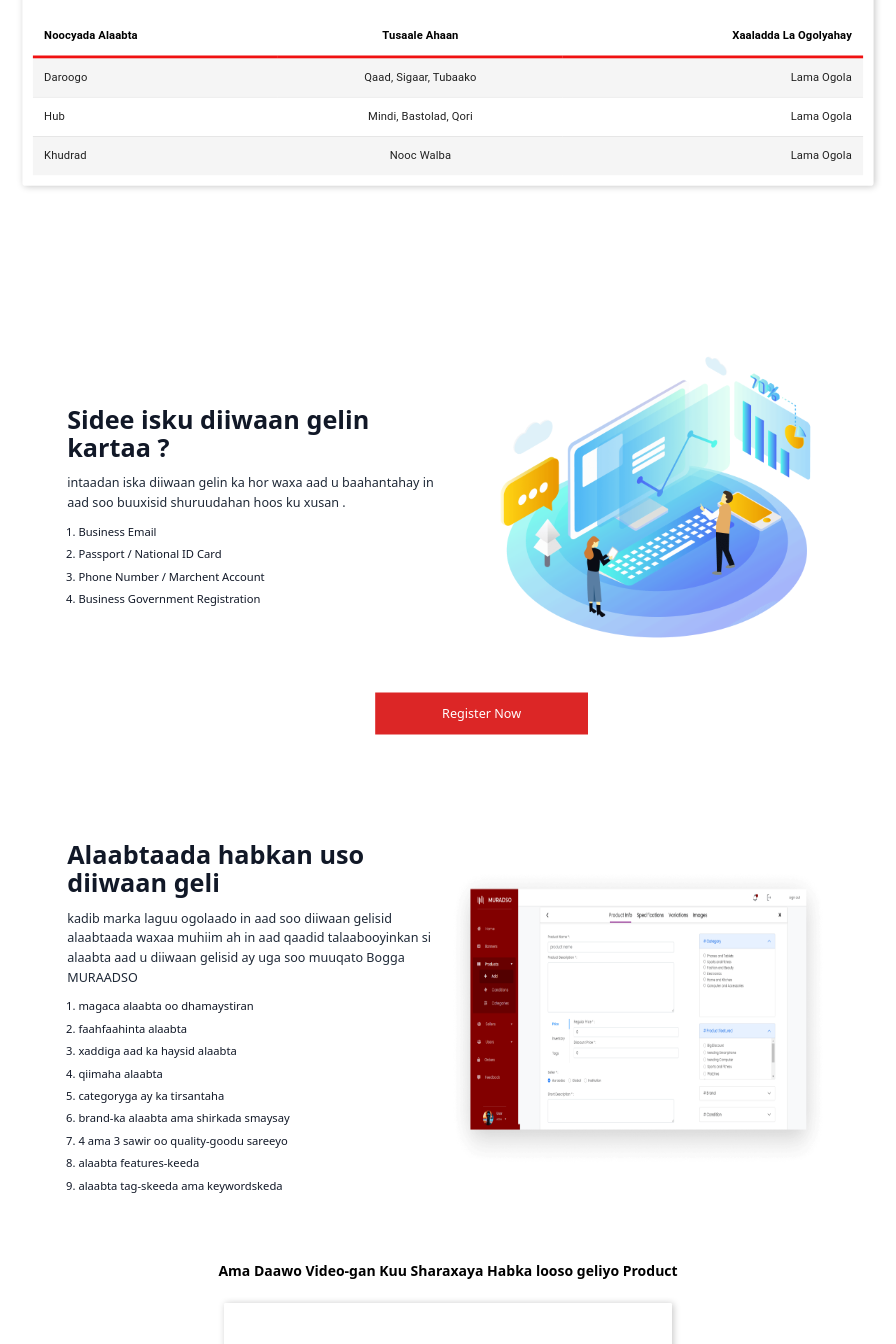
Repository: muraadso/Muraadso-Sellers
Page: /
The author's editor kept a copy of each file at every save. The page is drawn from the files as they stood at one save, then again after the next save.
The browser window is 1280 px wide. The pictures show the part of the page from y = 2926 to 4846 px (the page is 7285 px tall before and 7318 px after), at 70% of full size.
The project was rebuilt for these pictures with package versions that can differ from the ones it lists, and the page was loaded fresh each time. The framework's server and built-in components were replaced by stand-ins that run in the browser. Also part of the build but not shown: next.config.js.

Above is the page before, as saved 2021-12-11 11:20:32.

### pages/_app.js
import '../styles/globals.css'
 import 'tailwindcss/tailwind.css'
import { Layout } from '../components/Layout'


function MyApp({ Component, pageProps }) {
  return (
    <Layout>
      <Component {...pageProps} />
    </Layout>
  )
}

export default MyApp

### styles/globals.css
@import url('https://fonts.googleapis.com/css2?family=Lato:ital,wght@0,300;0,400;0,700;0,900;1,700&family=Poppins:wght@200;300;400;500;600;700&display=swap');
html,
body {
  padding: 0 ;
  margin: 0;
  overflow-x: hidden !important;
  scroll-behavior: smooth;
}

a {
  color: inherit;
  text-decoration: none;
}

* {
  box-sizing: border-box;
}


.navbar {
  box-shadow: 2px 1px 7px rgba(0, 0, 0, 0.226);
  font-family: 'Poppins', sans-serif  ;
  font-weight: 500;

}
  .logo{
    font-family: 'Lato', sans-serif;
    font-weight: 700;
    color: rgb(233, 59, 59);
    font-size: 20px ;
  }
  .how-card{
    position: relative;
    box-shadow: 0 2px 10px rgba(0, 0, 0, 0.336) ;
  }
  .regimage{
    height: 500px;

  }
  .react-player {
    background-color: white !important;
    padding: 10px;
    box-shadow: 2px 1px 11px rgba(0, 0, 0, 0.226);
    border-radius: 2px;
  }
  .player-wrapper{
    overflow-x: hidden !important;
    /* width: 100% !important; */
  }


  .formcontainer{
    box-shadow: 2px 1px 11px rgba(0, 0, 0, 0.226);

  }



@media screen and  (max-width: 768px){
  .nav{
    padding-top: 40px;
    display: flex;
    flex-direction: column;

  }

  .how-card{
  margin-bottom: 25px;
}

.tablle{
  margin-bottom: 90px;
}
.tablle2{

}
 TableContainer{
   background-color: red;
   display: hidden;
 }
 .regimage{
    max-height: 300px;

  }
  .formcontainer{
    min-width: 110%;
  }

}




@tailwind base;
@tailwind components;
@tailwind utilities

### components/Hero.jsx
const Hero = () => {
    return (
        <div className="md:grid-cols-2 md:grid md:mt-11 hero">
                <div className="md:px-16 md:py-36 py-11 herotxt">
                    <h6 className="px-2 font-medium text-gray-500">ku iibi muraadso</h6>
                    <h1 className="my-5 text-3xl font-bold text-gray-800 capitalize md:font-bold md:text-gray-800 md:capitalize lg:text-6xl">sidee ugu iibin krtaa <br /> alaabtaada <span  className="text-red-600 md:text-red-600">muraadso</span></h1>

                    <p className="text-gray-700 md:text-left">
                         Whether you’ve already got an established e-commerce business , a great idea for a new product, or you just have a passion for selling, here’s how to take that next step with Muraadso </p>
                </div>

                <div className="heroimg">
                    <img className="w-4/4 "  src="/images/heroimage.png" alt="heroimage" />
                </div>
        </div>
    )
}

export default Hero

### components/About.jsx

const About = () => {
    return (
        <div className="mt-32">
            <h1 className="text-3xl font-bold text-center">Ku Iibso Muraadso</h1>
            <div className="gap-0 md:px-16 md:grid-cols-2 md:grid about-content">
                <div className="mt-12 aboutimg">
                  <img src="/images/aboutimage.png" className="md:h-96" alt="about image" />
                </div>
                <div className="md:mt-20 mt-11 about-text">
                    <p className="text-xl text-justify">
                        Muraadso waa hogaanka suuqa casriga ee online waana suuq aad ku iibin kartid alaabtaada, ahaw ganacsade alaabta sameeya, mid soo dajiya, si fudud ayaad ugu iibin kartaa suuqa casriga muraadso, sidoo kale ka mid noqo ganacsiyada shabakada internet ku iibiya alaabaha adiga oon ku kharash badan galin, kana faa’idaysanaya khubarada team ka muraadso helayana tobabaro iyo caawimo sidaad ugu iibin lahayd muraadso dhexdeeda Ku dhex iibta muraadso waa wax fudud sidoo kalena kharash yari kaaga bixi karo ama wax kharash ahi kaa baxayn, kaliya waxa lagaaga bahanyay in aad is diwaan galisid, kuna gurtid alaabta aad haysid online shirkada sidaana aad ku bilawdid iibka alaabtaada....<span className="text-red-600">Read More</span>
                    </p>
                </div>


            </div>
        </div>
    )
}

export default About

### components/Howtoreg.jsx
const Howtoreg = () => {
  return (
    <div className="flex flex-col md:p-16 howtoreg mb-11 md:mb-6 ">
      <div className="grid items-center justify-between md:grid-cols-2 registerdoc">
        <div className="space-y-4 regcontent">
          <h1 className="text-xl font-bold text-gray-900 md:text-4xl">Sidee isku diiwaan gelin kartaa ?</h1>
          <p className="text-lg text-gray-800 ">intaadan iska diiwaan gelin ka hor waxa aad u baahantahay in aad
            soo buuxisid shuruudahan hoos ku xusan .</p>
            <ol className="ml-4 space-y-2 font-medium text-gray-900 list-decimal">
              <li>Business Email</li>
              <li>Passport / National ID Card</li>
              <li>Phone Number / Marchent Account </li>
              <li>Business Government Registration</li>
            </ol>
        </div>
        <div className="flex items-center justify-end regimage">
          <img className="regimage" src="/images/registrationn.png" alt="" />
        </div>

      </div>
      <div className="flex flex-col items-center justify-center space-y-4 md:space-x-24 md:flex-row acceptterms">
        <div className="flex flex-row items-center justify-center check">
        </div>
        <div className="items-center justify-center text-center">
        <button className="items-center justify-center px-24 py-3 text-sm text-white bg-red-600 md:text-center md:text-lg md:px-24 md:py-4 ">Register Now</button>
        </div>
      </div>


    </div>
  )
}

export default Howtoreg

### components/Whatsell.jsx
import * as React from 'react';
import { styled } from '@mui/material/styles';
import Table from '@mui/material/Table';
import TableBody from '@mui/material/TableBody';
import TableCell, { tableCellClasses } from '@mui/material/TableCell';
import TableContainer from '@mui/material/TableContainer';
import TableHead from '@mui/material/TableHead';
import TableRow from '@mui/material/TableRow';
import Paper from '@mui/material/Paper';

const StyledTableCell = styled(TableCell)(({ theme }) => ({

  [`&.${tableCellClasses.head}`]: {
    backgroundColor: theme.palette.common.white,
    color: theme.palette.common.black,
    borderBottom: '4px solid rgb(240, 17, 17)' ,
    fontSize: '16px',
    fontWeight: '600',

  },
  [`&.${tableCellClasses.body}`]: {
    fontSize: 16,
  },
}));

const StyledTableRow = styled(TableRow)(({ theme }) => ({
  '&:nth-of-type(odd)': {
    backgroundColor: theme.palette.action.hover,


  },
  // hide last border
  '&:last-child td, &:last-child th': {
    border: 0,
  },
}));





function createData(noocaAlaabta, tusaale, xaaladda) {
  return { noocaAlaabta, tusaale, xaaladda };
}

const rows = [

];
const rows2 = [
  createData('Daroogo', "Qaad, Sigaar, Tubaako", 'Lama Ogola'),
  createData('Hub', 'Mindi, Bastolad, Qori', 'Lama Ogola'),
  createData('Khudrad', 'Nooc Walba', 'Lama Ogola')

];

export default function Whatsell() {
  return (
      <>
    <div className="flex flex-col items-center md:justify-center md:mb-36 tablle mb-11">
                <h1 className="text-xl font-bold text-center text-gray-900 md:text-3xl">Alaab Nocee ah ayaad iibin kartaa ?</h1>
                <p className="max-w-3xl mb-8 text-sm text-center text-gray-700 md:text-lg">Waxay ku xirantahy alaabta noceeda, xaaladda alaabta, Category-ga, iyo Brand-ka .
                table-ka hoos ku xusan waxa uu kutusayaa Categoriyada shirkaddu ay ogoshahay iibintooda
                iyo kuwa aysan ogolayn xaaladaha lagu iibinkaro </p>

            <TableContainer className="mw-screen-lg TableContainer" component={Paper} sx={{ padding: "15px", minWidth: 380 , maxWidth: 1500, boxShadow: '2px 1px 11px rgba(0, 0, 0, 0.226)' }}>
        <h1 className="mb-6 text-2xl font-bold "> <span className="font-black text-red-500 ">|</span> Noocyada Alaabta</h1>
      <Table sx={{ minWidth: 500 }} aria-label="customized table">
        <TableHead>
          <TableRow>
            <StyledTableCell>Noocyada Alaabta</StyledTableCell>
            <StyledTableCell align="center"> Tusaale Ahaan</StyledTableCell>
            <StyledTableCell align="right">Xaaladda La Ogolyahay</StyledTableCell>
          </TableRow>
        </TableHead>
        <TableBody>
          {rows.map((row) => (
            <StyledTableRow key={row.noocaAlaabta} sx={{backgroundColor: 'white'}}>
              <StyledTableCell component="th" scope="row">
                {row.noocaAlaabta}
              </StyledTableCell>
              <StyledTableCell   align="center">{row.tusaale}</StyledTableCell>
              <StyledTableCell align="right">{row.xaaladda}</StyledTableCell>
            </StyledTableRow>
          ))}
        </TableBody>
      </Table>
    </TableContainer>

    </div>


    <div className="flex flex-col items-center md:justify-center md:mb-36 tablle mb-11">
                <h1 className="text-xl font-bold text-center text-gray-900 md:text-3xl">Alaab Nocee ah ayaad iibin kartaa ?</h1>
                <p className="max-w-3xl mb-8 text-sm text-center text-gray-700 md:text-lg">Waxay ku xirantahy alaabta noceeda, xaaladda alaabta, Category-ga, iyo Brand-ka .
                table-ka hoos ku xusan waxa uu kutusayaa Categoriyada shirkaddu ay ogoshahay iibintooda
                iyo kuwa aysan ogolayn xaaladaha lagu iibinkaro </p>

            <TableContainer className="mw-screen-lg TableContainer" component={Paper} sx={{ padding: "15px", minWidth: 380 , maxWidth: 1500, boxShadow: '2px 1px 11px rgba(0, 0, 0, 0.226)' }}>
        <h1 className="mb-6 text-2xl font-bold "> <span className="font-black text-red-500 ">|</span> Noocyada Alaabta</h1>
      <Table sx={{ minWidth: 500 }} aria-label="customized table">
        <TableHead>
          <TableRow>
            <StyledTableCell>Noocyada Alaabta</StyledTableCell>
            <StyledTableCell align="center"> Tusaale Ahaan</StyledTableCell>
            <StyledTableCell align="right">Xaaladda La Ogolyahay</StyledTableCell>
          </TableRow>
        </TableHead>
        <TableBody>
          {rows2.map((row) => (
            <StyledTableRow key={row.noocaAlaabta} sx={{backgroundColor: 'white'}}>
              <StyledTableCell component="th" scope="row">
                {row.noocaAlaabta}
              </StyledTableCell>
              <StyledTableCell   align="center">{row.tusaale}</StyledTableCell>
              <StyledTableCell align="right">{row.xaaladda}</StyledTableCell>
            </StyledTableRow>
          ))}
        </TableBody>
      </Table>
    </TableContainer>

    </div>




     </>
  );
}

### components/Howtolist.jsx
import ReactPlayer from 'react-player'


const Howtoreg = () => {
  return (
    <div className="flex flex-col space-y-11 md:space-y-24 md:p-16 howtoreg">
      <div className="grid items-center justify-between md:grid-cols-2 registerdoc">
        <div className="space-y-4 regcontent">
          <h1 className="text-xl font-bold text-gray-900 md:text-4xl">Alaabtaada habkan uso diiwaan geli</h1>
          <p className="text-lg text-gray-800 ">kadib marka laguu ogolaado in aad soo diiwaan gelisid alaabtaada
waxaa muhiim ah in aad qaadid talaabooyinkan si alaabta aad
u diiwaan gelisid ay uga soo muuqato Bogga MURAADSO</p>
            <ol className="ml-4 space-y-2 font-medium text-gray-900 list-decimal">
              <li>magaca alaabta oo dhamaystiran</li>
              <li>faahfaahinta alaabta </li>
              <li>xaddiga aad ka haysid alaabta </li>
              <li>qiimaha alaabta </li>
              <li>categoryga ay ka tirsantaha</li>
              <li>brand-ka alaabta ama shirkada smaysay</li>
              <li>4 ama 3 sawir oo quality-goodu sareeyo</li>
              <li>alaabta features-keeda</li>
              <li>alaabta tag-skeeda ama keywordskeda</li>
            </ol>
        </div>
        <div className="flex items-center justify-end regimage">
          <img className="regimage" src="/images/dashboard.png" alt="" />
        </div>

      </div>

      <div className="flex flex-col items-center justify-center space-y-6 watch">
          <h1 className="text-lg font-medium text-center md:font-bold md:text-xl ">Ama Daawo Video-gan Kuu Sharaxaya Habka looso geliyo Product</h1>
         <div className='flex items-center justify-center w-screen p-2 overflow-x-hidden mx-11 player-wrapper'>
        <ReactPlayer
          className=' react-player'
          url='hhttps://www.youtube.com/watch?v=qS5MdsgyWb4&t=5s'
        style={{
            backgroundColor: '#ff0000'
        }}

        />
      </div>
      </div>




    </div>
  )
}

export default Howtoreg

### components/Reg.jsx
import TextField from '@mui/material/TextField';
import Checkbox from '@mui/material/Checkbox';
import FormControlLabel from '@mui/material/FormControlLabel';



const Reg = () => {
    return (
        <div className="container flex flex-col items-center justify-center md:w-screen md:px-11 mb-36 ">
            <h1 className="text-lg font-bold text-center md:text-3xl ">Nagu Soo Biir Macmiil</h1>
            <div className="flex flex-col items-center justify-center py-10 mt-24 bg-white rounded md:w-9/12 md:px-11 space-y-7 formcontainer">
            <h1 className="text-lg font-bold text-center md:text-3xl ">Is Diiwaan Geli</h1>
                <div className="grid w-5/6 grid-cols-1 md:grid-cols-2 gap-x-6 gap-y-7 form">
                  <TextField id="outlined-basic" label="First Name" variant="outlined" />
                  <TextField id="outlined-basic" label="Last Name" variant="outlined" />
                  <TextField id="outlined-basic" label="Magaalada" variant="outlined" />
                  <TextField id="outlined-basic" label="Address" variant="outlined" />
                  <TextField type="number" id="outlined-basic" label="Phone Number" variant="outlined" />
                  <TextField id="outlined-basic" label="Magaca Ganasiga" variant="outlined" />
                  <TextField id="outlined-basic" label="Noca Ganasiga" variant="outlined" />
                </div>

                <div className="flex flex-col items-center justify-center text-center">
                    <FormControlLabel className="mb-2" control={<Checkbox />} label="I accept the privacy and policy" />
                   <button
                    className="items-center justify-center px-24 py-3 text-sm text-white bg-red-600 md:text-center md:text-lg md:px-24 md:py-4 ">
                        Register Now
                    </button>
        </div>
            </div>





        </div>
    )
}

export default Reg

### components/How.jsx
export const How = () => {
    return (
        <div className="flex flex-col items-center justify-center mt-32 mb-24 how md:gap-y-4 gap-y-11">
            <div className="howheader">
            <h2 className="text-4xl font-bold text-center">Sidee u shaqaysaa</h2>
            <p className="mt-2 text-lg text-center text-gray-600">habka uu ushaqeeyo adeegan waa sidatan hoos ku xusan</p>
            </div>
            <div className="h-full md:p-16 md:gap-4 gap-72 md:grid-cols-4 md:grid howsteps">

                <div className="relative max-h-full p-6 bg-white border-4 border-red-400 rounded how-card ">
                    <div className="flex items-center justify-center my-4 card-icon ">
                        <img  src="./icons/register.png" alt="register" />

                    </div>
                    <div className="mb-4 text-xl text-center text-gray-800 cardbody">
                        Macmiil iska diiwaan geli adeega, 24h kadib waxad helaysa fariin ah in lagu aqbalay
                    </div>
                    <div className="absolute flex items-center justify-center w-10 h-10 font-bold text-red-500 bg-white border-2 border-red-500 rounded-full -bottom-5 md:left-40 left-36 place-content-center card-number"> <h2>1</h2></div>
                </div>


                <div className="relative max-h-full p-6 bg-white border-4 border-red-400 rounded how-card ">
                    <div className="flex items-center justify-center my-4 card-icon ">
                        <img className="h-24"  src="./icons/features.png" alt="register" />
                    </div>
                    <div className="mb-4 text-xl text-center text-gray-800 cardbody">
                        Macmiil iska diiwaan geli adeega, 24h kadib waxad helaysa fariin ah in lagu aqbalay
                    </div>
                    <div className="absolute flex items-center justify-center w-10 h-10 font-bold text-red-500 bg-white border-2 border-red-500 rounded-full -bottom-5 md:left-40 left-36 place-content-center card-number"> <h2>2</h2></div>
                </div>




                <div className="relative max-h-full p-6 bg-white border-4 border-red-400 rounded how-card ">
                    <div className="flex items-center justify-center my-4 card-icon ">
                        <img className="h-24"  src="./icons/verified.png" alt="register" />

                    </div>
                    <div className="mb-4 text-xl text-center text-gray-800 cardbody">
                        Macmiil iska diiwaan geli adeega, 24h kadib waxad helaysa fariin ah in lagu aqbalay
                    </div>
                    <div className="absolute flex items-center justify-center w-10 h-10 font-bold text-red-500 bg-white border-2 border-red-500 rounded-full -bottom-5 md:left-40 left-36 place-content-center card-number"> <h2>3</h2></div>
                </div>


                <div className="relative max-h-full p-6 bg-white border-4 border-red-400 rounded how-card ">
                    <div className="flex items-center justify-center my-4 card-icon ">
                        <img className="h-24"  src="./icons/givemoney.png" alt="register" />

                    </div>
                    <div className="mb-4 text-xl text-center text-gray-800 cardbody">
                        Macmiil iska diiwaan geli adeega, 24h kadib waxad helaysa fariin ah in lagu aqbalay
                    </div>
                    <div className="absolute flex items-center justify-center w-10 h-10 font-bold text-red-500 bg-white border-2 border-red-500 rounded-full -bottom-5 md:left-40 left-36 place-content-center card-number"> <h2>4</h2></div>
                </div>

            </div>
            <p className="text-center text-gray-800">Wixii faahfaahin ah waxaad kala xiriiri kartaa lambaradan hoos kuugu xusan</p>
            <a className="font-medium text-red-600" href="#">+252 63 3333471</a>

        </div>
    )
}

export default How

### components/Navbar.jsx
import React, { useState } from "react";
import { HiOutlineMenuAlt2, HiOutlineMenuAlt3 } from "react-icons/hi";



export default function Navbar() {
  const [showNav, setShowNav] = useState(false);

  return (
    <nav className="sticky top-0 z-20 items-center justify-between bg-white px-14 md:px-24 md:py-3 navbar md:flex">
      <div className="flex items-center justify-between">
        <a href="#">
          <h2>Muraadso</h2>
        </a>


        {showNav ? (
          <HiOutlineMenuAlt3
            onClick={() => setShowNav(!showNav)}
            className="block w-10 h-10 p-2 cursor-pointer md:hidden" />

        ) : (
          <HiOutlineMenuAlt2
            onClick={() => setShowNav(!showNav)}
            className="block w-10 h-10 p-2 cursor-pointer md:hidden"
          />
        )}
      </div>

      <ul
        className={
          (showNav ? "left-0" : "-left-full") +
          " md:static fixed bottom-0 md:ml-24 top-14 md:flex md:space-x-6 items-center md:bg-transparent bg-gray-700 rounded md:rounded-none md:bg-white bg-opacity-90 md:w-auto w-10/12 md:text-gray-800 text-white  md:space-y-0 space-y-5 p-2 transition-left nav"
        }
      >
        <a href="#"> Home</a>
        <a href="#"> About</a>
        <a href="#"> Doc</a>
        <a href="#"> Contact Us</a>
      <a className="px-4 py-2 text-white bg-red-600 rounded" href="">Signup</a>
      </ul>
    </nav>
  );
}

























// const Navbar = () => {
//     return (
//         <div>
//      <div className="sticky top-0 z-20 items-center justify-between bg-white md:flex navbar">
//          <a className="logo" href="#">Muraadso</a>
//          <nav className="fixed bottom-0 items-center w-10/12 p-2 space-y-5 text-white bg-gray-500 md:static top-12 md:flex md:space-x-7 md:bg-transparent bg-opacity-90 md:w-auto md:text-gray-500 md:space-y-0 transition-left nav">
//              <a className="hover:text-red-600" href="">Home</a>
//              <a className="hover:text-red-600" href="">About</a>
//              <a className="hover:text-red-600" href="">Doc</a>
//              <a className="hover:text-red-600" href="">Contact Us</a>
//          </nav>
//          <a href="#" className="px-4 py-2 text-white bg-red-600 rounded hover:bg-red-700 signup ">Signup</a>
//      </div>

//         </div>
//     )
// }

// export default Navbar

### components/Footer.jsx
import FacebookIcon from '@mui/icons-material/Facebook';
import InstagramIcon from '@mui/icons-material/Instagram';
import YouTubeIcon from '@mui/icons-material/YouTube';
import Divider from '@mui/material/Divider';
import CopyrightIcon from '@mui/icons-material/Copyright';





const Footer = () => {
    return (
        <div className="px-2 py-8 border md:px-24 md:py-16 bg-gray-50 space-y-7">
            <div className="flex flex-col items-center justify-between space-y-4 md:flex-row upper md-space-y-0">

            <div className="flex items-center space-x-5 md:space-x-7 justify-items-start footercontent">
                <a href="#">About Us</a>
                <a href="#">How it Works</a>
                <a href="#">Nagu Dooro</a>
                <a href="#">Register</a>

            </div>

            <div className="footericons space-x-7">
                <FacebookIcon sx={{ fontSize: 30, color: "#ff5e5b" }} />
                <InstagramIcon sx={{ fontSize: 30, color: "#ff5e5b" }} />
                <YouTubeIcon sx={{ fontSize: 30, color: "#ff5e5b" }} />
            </div>

            </div>
            <Divider className="text-red-600">Muraadso.com</Divider>

            <div className="flex flex-col items-center justify-between space-y-3 md:space-y-0 md:flex-row bottom">
                <a href="#"> <CopyrightIcon className="items-center" sx={{fontSize: 15}} /> 2021 Muraadso.All rights reserved. </a>
                <div className="space-x-8 term">
                <a href="#">Privacy Policy</a>
                <a href="#">Terms Of Service</a>
                </div>


            </div>

        </div>
    )
}

export default Footer

Loaded but not shown: pages/api/hello.js (common file); styles/Home.module.css (common file); pages/index.js (32 lines, source omitted); tailwind.config.js (18 lines, source omitted); components/Layout.js (15 lines, source omitted); components/Whyus.jsx (70 lines, source omitted)

After the next save:
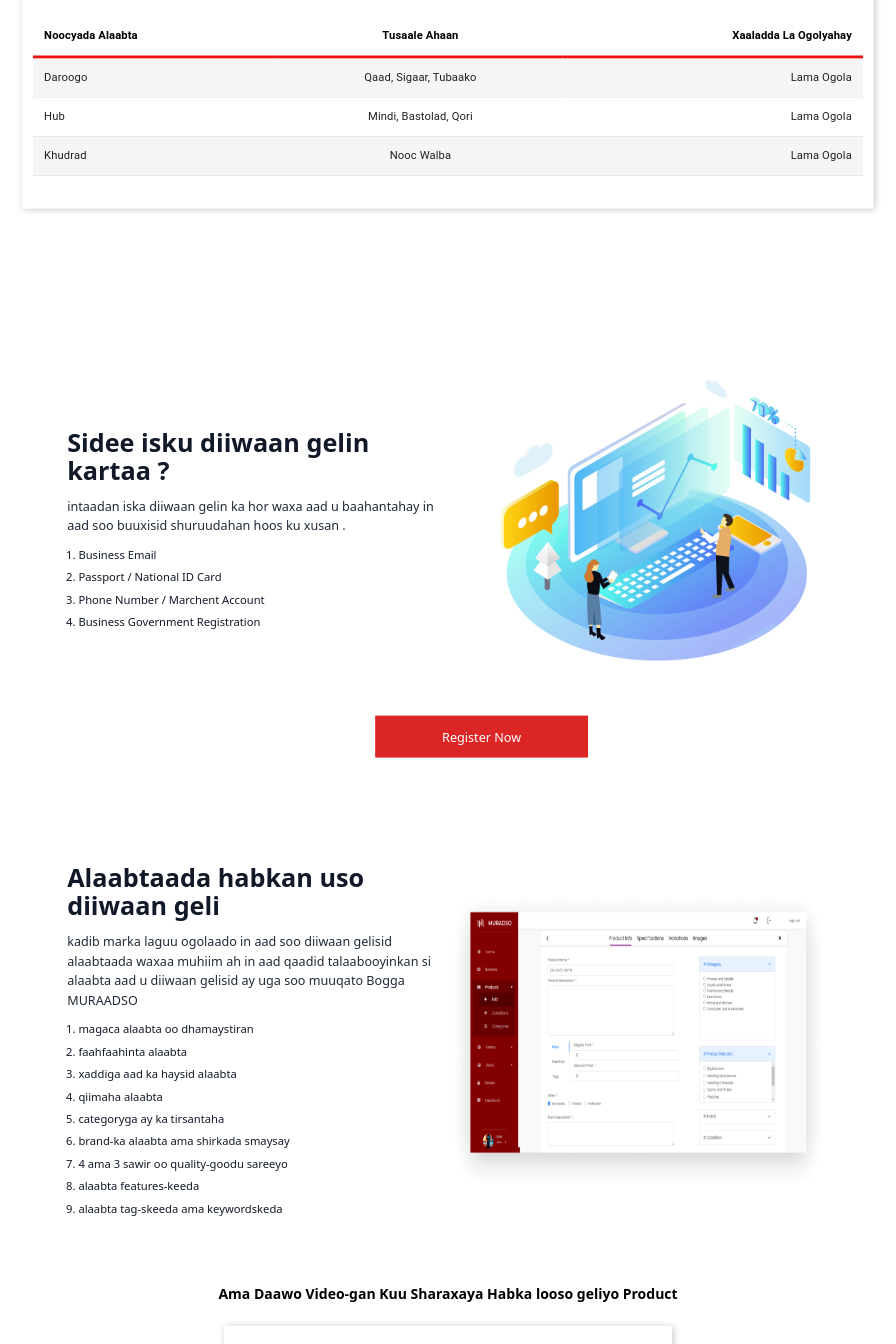
Saved 11 s later.
--- a/components/Whatsell.jsx
+++ b/components/Whatsell.jsx
@@ -49,7 +49,8 @@ const rows = [
 const rows2 = [
   createData('Daroogo', "Qaad, Sigaar, Tubaako", 'Lama Ogola'),
   createData('Hub', 'Mindi, Bastolad, Qori', 'Lama Ogola'),
-  createData('Khudrad', 'Nooc Walba', 'Lama Ogola')
+  createData('Khudrad', 'Nooc Walba', 'Lama Ogola'),
+  createData('')
 
 ];
 
